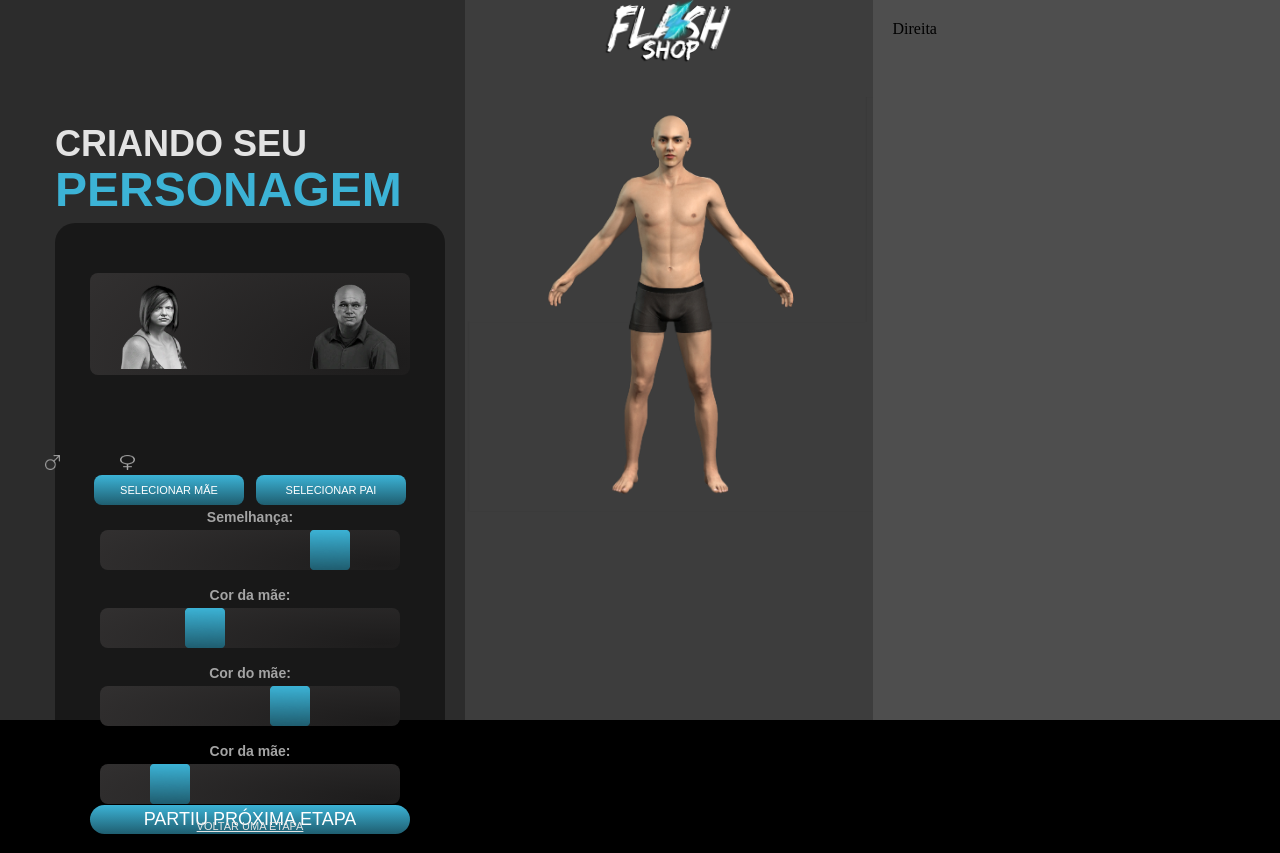
Repository: DuMCorrea/CriandoPerso
Page: index.html
An editor plug-in stored every save of this project. The page is shown before and after a run of saves, followed by the edit.
The browser window is 1280 px wide. The pictures show the whole page.

Above is the page before, as saved 2024-08-29 15:32:09.

### index.html
<!DOCTYPE html>
<html lang="en">
<head>
    <meta charset="UTF-8">
    <meta name="viewport" content="width=device-width, initial-scale=1.0">
    <title>Dividindo a Tela com Imagens</title>
    <link rel="stylesheet" href="styles.css">
</head>
<body>
    <div class="container">
        <div class="left">
            <h1 class="title">
                <span class="part1">CRIANDO SEU</span>
                <span class="part2">PERSONAGEM</span>
            </h1>
            <div class="vertical-rectangle">
                <div class="image-rectangle">
                    <img src="assets/mulher.png" alt="Imagem 1" class="rectangle-image">
                    <img src="assets/homem.png" alt="Imagem 2" class="rectangle-image">
                </div>
                <div class="button-group">
                    <button class="top-button">SELECIONAR MÃE</button>
                    <button class="top-button">SELECIONAR PAI</button>
                </div>
                <div class="rectangles-group">
                    <div class="image-container">
                        <img src="assets/Fem.png" alt="Imagem 1" class="small-image left-image">
                        <img src="assets/Masc.png" alt="Imagem 2" class="small-image right-image">
                    </div>
                    <div class="rectangle-title">Semelhança:</div>
                    <div class="gradient-rectangle">
                        <img src="assets/quadradoAzul.png" alt="Imagem 1" class="small-image1">
                    </div>

                    <div class="rectangle-title">Cor da mãe:</div>
                    <div class="gradient-rectangle">
                        <img src="assets/quadradoAzul.png" alt="Imagem 2" class="small-image2">
                    </div>

                    <div class="rectangle-title">Cor do mãe:</div>
                    <div class="gradient-rectangle">
                        <img src="assets/quadradoAzul.png" alt="Imagem 3" class="small-image3">
                    </div>

                    <div class="rectangle-title">Cor da mãe:</div>
                    <div class="gradient-rectangle">
                        <img src="assets/quadradoAzul.png" alt="Imagem 4" class="small-image4">
                    </div>
                </div>
                <button class="rectangle-button">PARTIU PRÓXIMA ETAPA</button>
                <button class="back-button">VOLTAR UMA ETAPA</button>
            </div>
        </div>
        <div class="center">
            <img src="assets/FlashStore 1 (1).png" alt="Imagem 1" class="top-image">
            <img src="assets/boneco 2.png" alt="Imagem 2" class="center-image">
        </div>
        <div class="right">Direita</div>
    </div>
</body>

</html>

### styles.css
body, html {
    margin: 0;
    padding: 0;
    height: 100%;
    display: flex;
    justify-content: center;
    align-items: center;
    background-color: #000; /* Fundo escuro */
}

.container {
    display: flex;
    width: 100%;
    height: 100%;
}

.container > div {
    flex: 1; /* Cada div ocupa 1/3 do espaço disponível */
    height: 100%;
    padding: 20px;
    box-sizing: border-box;
}



/* PARTE ESQUERDA */



.left {
    background-color: #2c2c2c;
    display: flex;
    flex-direction: column;
    justify-content: flex-start;
    align-items: flex-start;

}

.title {
    margin: 100px 0 0 0; /* Adiciona margem superior para mover o título para baixo */
    padding: 0;
}

.part1 {
    font-family: 'Baloo Bhai', sans-serif;
    font-size: 36px;
    font-weight: 700; /* Aumenta o peso da fonte para deixá-la mais grossa */
    line-height: 48px;
    text-align: left;
    color: #E3E3E3;
    display: block;
    margin-bottom: -10px; /* Reduz a distância entre as duas partes do título */
    margin-left: 35px;
}

.part2 {
    font-family: 'Baloo Bhai', sans-serif;
    font-size: 48px;
    font-weight: 700; /* Aumenta o peso da fonte para deixá-la mais grossa */
    line-height: 64px;
    text-align: left;
    color: #3CB3D6;
    display: block;
    margin-left: 35px;
}

.vertical-rectangle {
    width: 390px; /* Largura do retângulo */
    height: 630px; /* Altura do retângulo */
    background: #00000075; /* Cor de fundo com opacidade */
    border-radius: 20px; /* Bordas arredondadas */
    margin-left: 35px; /* Alinhamento com o título */
    margin-top: 1px; /* Espaço entre o título e o retângulo */
    display: flex;
    flex-direction: column;
    justify-content: space-between; /* Distribui o espaço */
    align-items: center; /* Centraliza os conteúdos */
}


.rectangle-button {
    width: 320px; /* Largura do botão */
    height: 50px; /* Altura do botão */
    background: linear-gradient(180deg, #3CB3D6 0%, #1F5E70 100%); /* Gradiente de cor */
    border-radius: 15px; /* Bordas arredondadas */
    border: none; /* Remove borda padrão do botão */
    color: white; /* Cor do texto */
    font-family: 'Baloo Bhai', sans-serif;
    font-size: 18px; /* Tamanho do texto */
    display: flex;
    justify-content: center; /* Centraliza horizontalmente */
    align-items: center; /* Centraliza verticalmente */
    margin-bottom: -15px; /* Ajusta o espaçamento superior */
    cursor: pointer;
}

.back-button {
    background: none; /* Remove o fundo */
    border: none; /* Remove a borda */
    color: #E3E3E3; /* Cor do texto */
    font-family: 'Baloo Bhai', sans-serif;
    font-size: 11px; /* Tamanho do texto */
    margin-bottom: 20px; /* Espaçamento superior ajustado */
    text-decoration: underline; /* Adiciona sublinhado */
    cursor: pointer; /* Muda o cursor ao passar por cima */
}


.button-group {
    display: flex;
    justify-content: space-between; /* Espaça os botões igualmente */
    width: 0%; /* Largura igual à do retângulo */
    padding: 10px 20px; /* Adiciona espaçamento ao redor dos botões */
}

.top-button {
    width: 50px; /* Largura dos botões */
    height: 40px; /* Altura dos botões */
    background: linear-gradient(180deg, #3CB3D6 0%, #1F5E70 100%); /* Gradiente de cor */
    border-radius: 15px; /* Bordas arredondadas */
    border: none; /* Remove borda padrão do botão */
    color: white; /* Cor do texto */
    font-family: 'Baloo Bhai', sans-serif;
    font-size: 16px; /* Tamanho do texto */
    display: flex;
    justify-content: center; /* Centraliza horizontalmente */
    align-items: center; /* Centraliza verticalmente */
    cursor: pointer;
}




.gradient-rectangle {
    width: 300px; /* Largura igual ao botão */
    height: 40px; /* Altura padrão para cada retângulo, ajuste conforme necessário */
    background: radial-gradient(547.21% 823.76% at 94.51% 88.04%, #1D1C1C 0%, #837E7E 100%);
    border-radius: 8px; /* Bordas arredondadas, igual ao botão */
    margin-bottom: 1px; /* Diminui a distância entre os retângulos */
    margin-top: 38px;
    margin-left: 0px;
}

.rectangle-title {
    width: 300px; /* Largura igual ao botão e retângulos */
    height: 30px; /* Altura do título */
    border-radius: 8px; /* Bordas arredondadas */
    display: flex;
    align-items: center; /* Centraliza verticalmente o texto */
    justify-content: center; /* Centraliza horizontalmente o texto */
    color: #A4A4A4; /* Cor do texto */
    font-weight: 700;
    font-family: 'Baloo Bhai', sans-serif;
    font-size: 14px; /* Tamanho do texto */
    margin-bottom: -40px; /* Espaçamento entre o título e o retângulo */
    margin-top: 10px;

}

.image-container {
    width: 50%;
    display: flex;
    justify-content: space-between; /* Coloca uma imagem em cada lado */
    position: absolute; /* As imagens ficam fora do fluxo normal */
    top: 10px; /* Ajusta a posição acima do retângulo */
    padding: 0 10px; /* Espaçamento lateral entre as bordas */
}

.small-image {
    width: 15px; /* Define o tamanho da imagem */
    height: 15px;
}

.left-image {
    position: relative;
    left: 10px;
    top: 445px;
}

.right-image {
    position: relative;
    right: 690px;
    top: 445px
}

.small-image1 {
    width: 40px;
    height: 40px;
    left: 210px;
    position: relative;
}
.small-image2 {
    width: 40px;
    height: 40px;
    left: 85px;
    position: relative;
}
.small-image3 {
    width: 40px;
    height: 40px;
    left: 170px;
    position: relative;
}
.small-image4 {
    width: 40px;
    height: 40px;
    left: 50px;
    position: relative;
}

.button-group {
    display: flex;
    justify-content: space-between; /* Espaça os botões igualmente */
    width: 80%; /* Largura do grupo de botões */
    height: 1%;
    top: 70px;
    position: relative;
}

.top-button {
    width: 150px; /* Largura dos botões */
    height: 30px; /* Altura dos botões */
    background: linear-gradient(180deg, #3CB3D6 0%, #1F5E70 100%); /* Gradiente de cor */
    border-radius: 8px; /* Bordas arredondadas */
    border: none; /* Remove borda padrão do botão */
    color: white; /* Cor do texto */
    font-family: 'Baloo Bhai', sans-serif;
    font-size: 11px; /* Tamanho do texto */
    cursor: pointer;
}

.rectangles-group {
    margin-top: 70px; /* Ajusta o espaçamento superior */
}

.image-rectangle {
    width: 300px; /* Largura do retângulo */
    height: 180px; /* Altura do retângulo */
    background: radial-gradient(547.21% 823.76% at 94.51% 88.04%, #1D1C1C 0%, #837E7E 100%); /* Gradiente de fundo */
    border-radius: 8px; /* Bordas arredondadas */
    display: flex;
    justify-content: space-between; /* Espaça as imagens igualmente */
    align-items: center; /* Centraliza verticalmente */
    margin-bottom: 20px; /* Espaço entre o retângulo e os botões */
    margin-top: 50px;
    padding: 0 10px; /* Espaçamento lateral interno */
}

.rectangle-image {
    width: 90px; /* Largura das imagens */
    height: 90px; /* Altura das imagens */
}

/* PARTE CENTRAL */



.center {
    background-color: #3d3d3d; /* Cor de fundo para a div central */
    display: flex;
    flex-direction: column;
    align-items: center;
    justify-content: space-between; /* Distribui o espaço entre as imagens */
}


.top-image {
    max-width: 40%;
    height: auto;
    margin-top: -60px;
}

.center-image {
    max-width: 200%;
    height: auto;
    margin-top: auto; /* Centraliza verticalmente */
    margin-bottom: 200px;
}


/* PARTE DIREITA */



.right {
    background-color: #4e4e4e; /* Cor de fundo para a div direita */
}

After the next 2 saves:
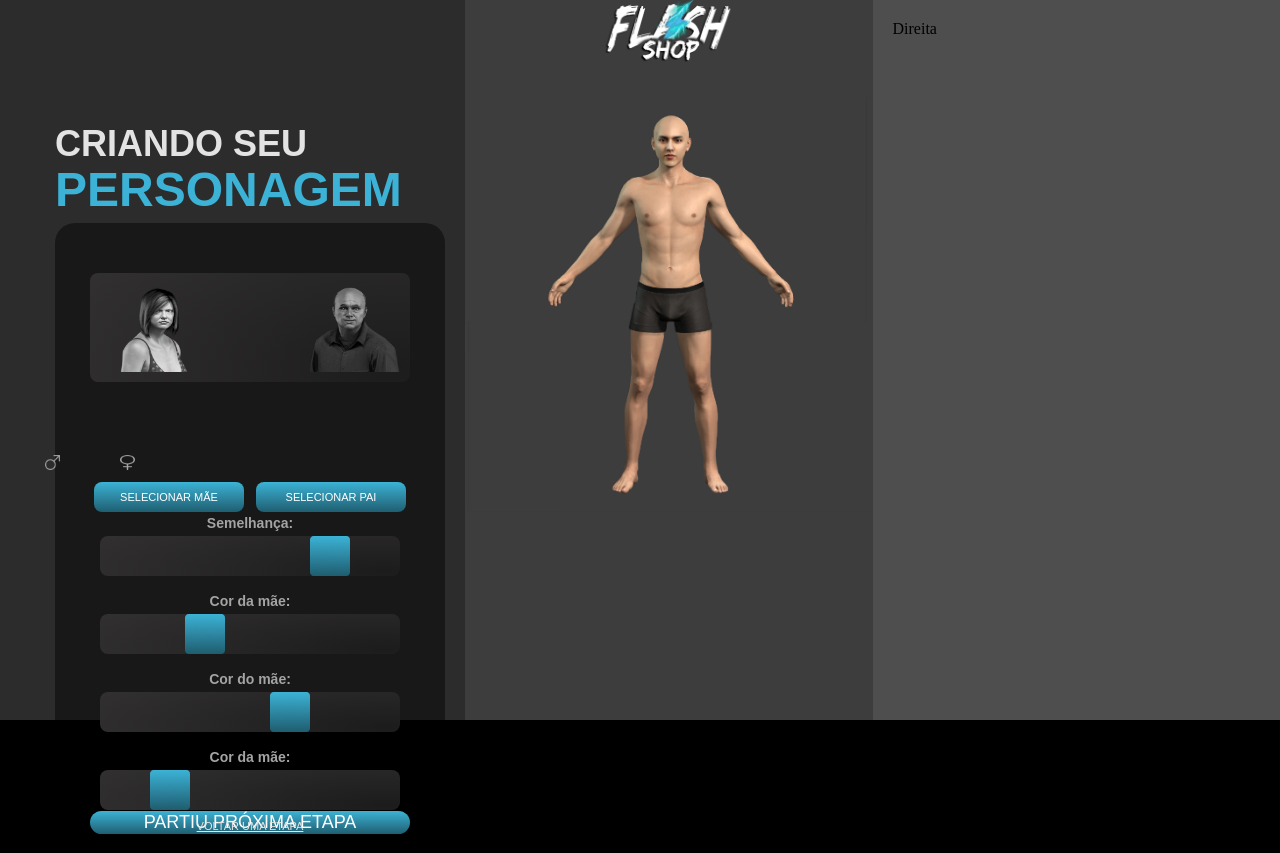
The 2 saves are shown as one change because they came seconds apart.
The last was saved 6 s later.
--- a/styles.css
+++ b/styles.css
@@ -235,7 +235,7 @@
 
 .image-rectangle {
     width: 300px; /* Largura do retângulo */
-    height: 180px; /* Altura do retângulo */
+    height: 300px; /* Altura do retângulo */
     background: radial-gradient(547.21% 823.76% at 94.51% 88.04%, #1D1C1C 0%, #837E7E 100%); /* Gradiente de fundo */
     border-radius: 8px; /* Bordas arredondadas */
     display: flex;
